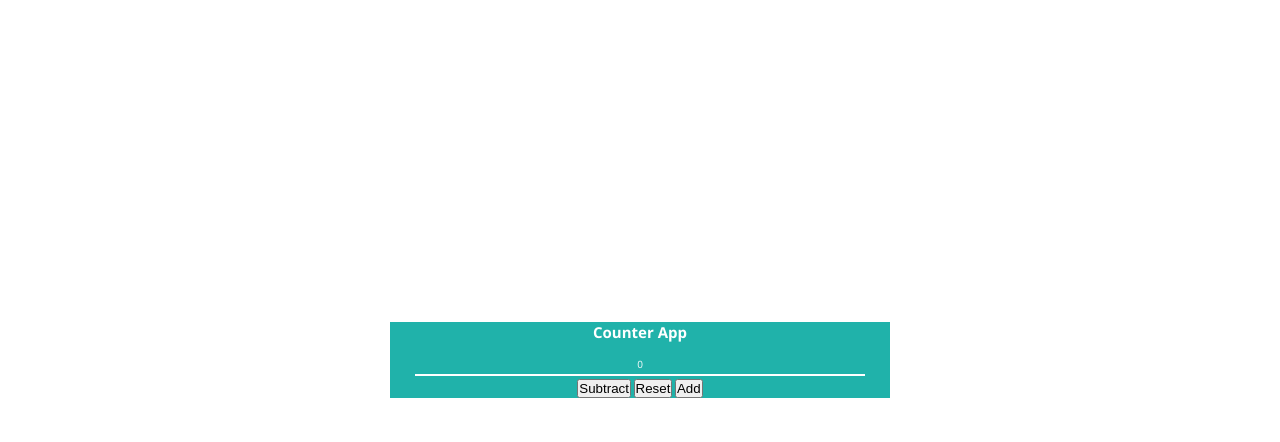
Repository: fakebrianho/100daysJS
Page: day001/index.html
The author's editor kept a copy of each file at every save. The page is drawn from the files as they stood at one save, then again after the next save.
The browser window is 1280 px wide. The pictures show the whole page.
Some web libraries are served in a nearby version.

Above is the page before, as saved 2023-03-21 15:08:39.

After the next save:
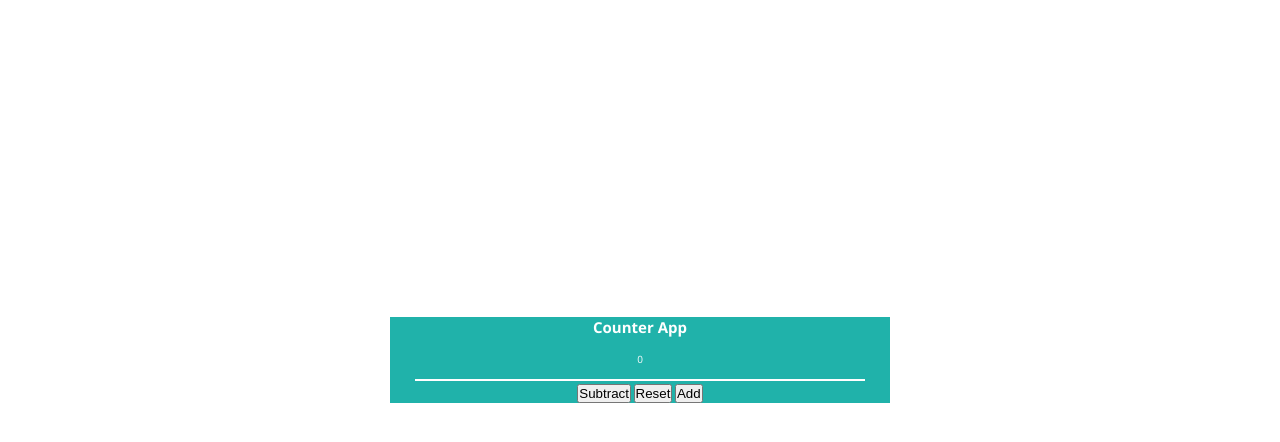
Saved 18 s later.
--- a/day001/styles.css
+++ b/day001/styles.css
@@ -44,6 +44,9 @@ img {
 .title {
 	margin-bottom: 15px;
 }
+.counter {
+	margin-bottom: 10px;
+}
 
 .container {
 	background-color: lightseagreen;
